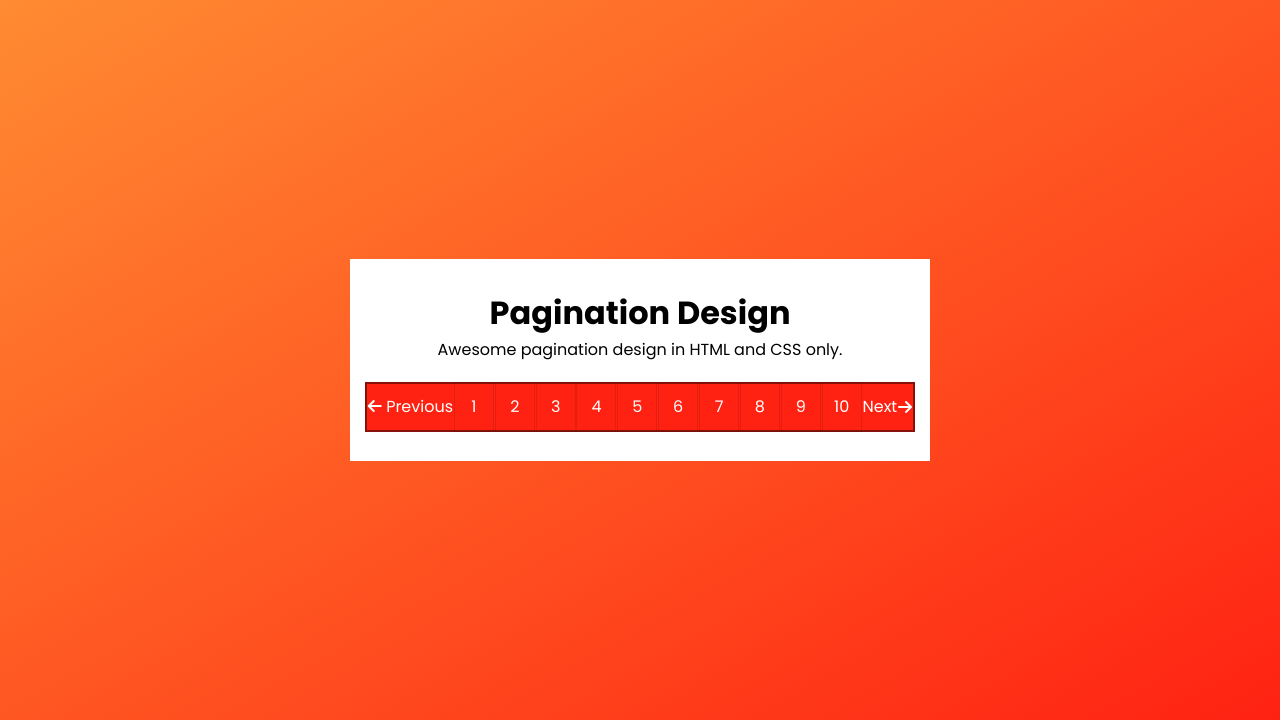
Repository: Ankitkr2021/Awesome-Pagination
Page: index.html
An editor plug-in stored every save of this project. The page is shown before and after the next save, followed by the edit.
The browser window is 1280 px wide. The pictures show the whole page.

Above is the page before, as saved 2025-10-02 09:12:23.

### index.html
<!DOCTYPE html>
<html lang="en">
<head>
    <meta charset="UTF-8">
    <meta name="viewport" content="width=device-width, initial-scale=1.0">
    <title>Document</title>
    <link rel="stylesheet" href="https://cdnjs.cloudflare.com/ajax/libs/font-awesome/6.5.0/css/all.min.css">
    <link rel="stylesheet" href="./style.css">
</head>
<body>
    <div class="page">
        <h1>Pagination Design</h1>
        <p>Awesome pagination design in HTML and CSS only.</p>
        <div class="box">
             <div><i class="fas fa-arrow-left"></i> Previous</div>
            <div style="width: 40px;height: 50px; border: 1px solid rgba(0, 0, 0, 0.1);display: flex; justify-content: center; align-items: center;">1</div>
            <div style="width: 40px;height: 50px; border: 1px solid rgba(0, 0, 0, 0.1);display: flex; justify-content: center; align-items: center;">2</div>
            <div style="width: 40px;height: 50px; border: 1px solid rgba(0, 0, 0, 0.1);display: flex; justify-content: center; align-items: center;">3</div>
            <div style="width: 40px;height: 50px; border: 1px solid rgba(0, 0, 0, 0.1);display: flex; justify-content: center; align-items: center;">4</div>
            <div style="width: 40px;height: 50px; border: 1px solid rgba(0, 0, 0, 0.1);display: flex; justify-content: center; align-items: center;">5</div>
            <div style="width: 40px;height: 50px; border: 1px solid rgba(0, 0, 0, 0.1);display: flex; justify-content: center; align-items: center;">6</div>
            <div style="width: 40px;height: 50px; border: 1px solid rgba(0, 0, 0, 0.1);display: flex; justify-content: center; align-items: center;">7</div>
            <div style="width: 40px;height: 50px; border: 1px solid rgba(0, 0, 0, 0.1);display: flex; justify-content: center; align-items: center;">8</div>
            <div style="width: 40px;height: 50px; border: 1px solid rgba(0, 0, 0, 0.1);display: flex; justify-content: center; align-items: center;">9</div>
            <div style="width: 40px;height: 50px; border: 1px solid rgba(0, 0, 0, 0.1);display: flex; justify-content: center; align-items: center;">10</div>
            Next<i class="fas fa-arrow-right"></i>
        </div>
    </div>
</body>
</html>

### style.css
@import url("https://fonts.googleapis.com/css2?family=Poppins:wght@300;400;500;600;700&display=swap");

*{
    margin: 0;
    padding: 0;
    box-sizing: border-box;
    font-family: "Poppins",sans-serif;
}

body{
    display: flex;
   justify-content: center;
   align-items: center;
    height: 100vh;
    width: 100%;
    background: linear-gradient(to bottom right, rgb(255, 139, 50), rgb(255, 34, 18));
}

.page{
   display: flex;
   justify-content: center;
   align-items: center;
   flex-direction: column;
   background: #fff;
   width: 580px;
   height: 202px;
}

h1 {
    padding: 0 20px;
}

p {
    margin-bottom: 20px;
}

.box {
    background: rgb(255, 34, 18);
    color: #fff;
    height: 50px;
    width: 550px;
    display: flex;
    justify-content: space-evenly;
    align-items: center;
    border: 2px solid rgba(0, 0, 0, 0.475);
}

After the next save:
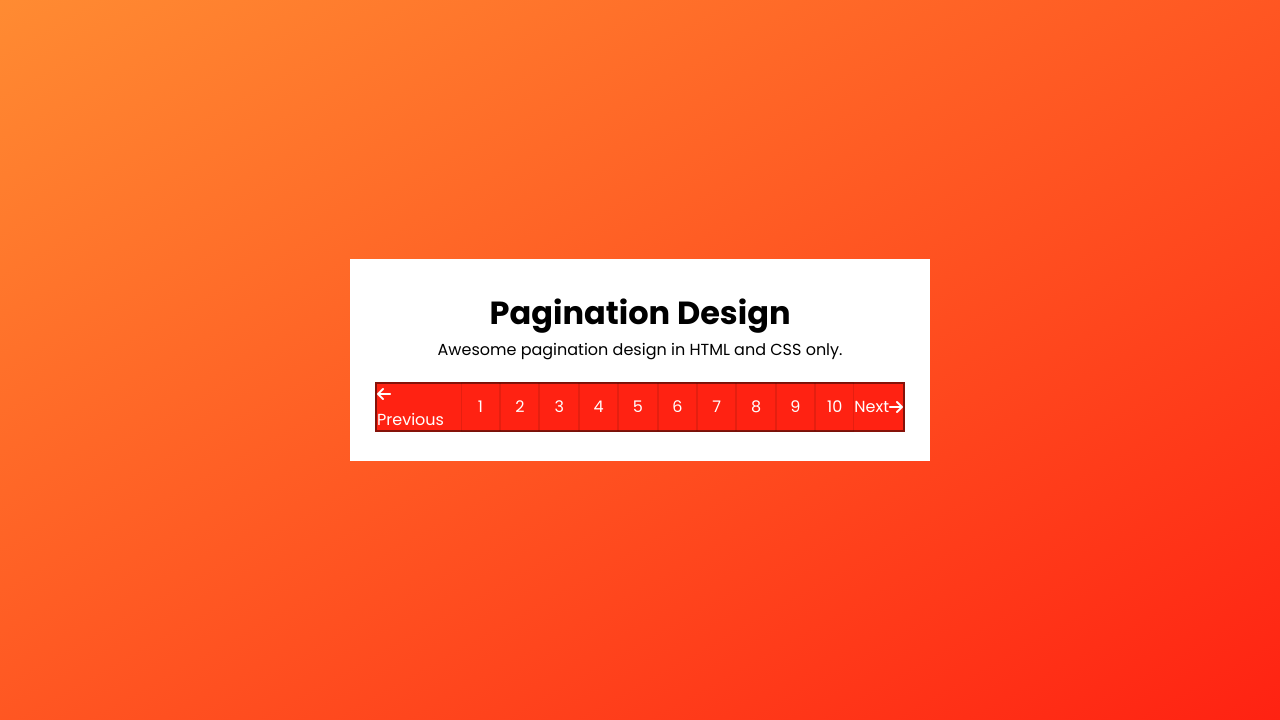
Saved 22 s later.
--- a/style.css
+++ b/style.css
@@ -38,7 +38,7 @@ p {
     background: rgb(255, 34, 18);
     color: #fff;
     height: 50px;
-    width: 550px;
+    width: 530px;
     display: flex;
     justify-content: space-evenly;
     align-items: center;
